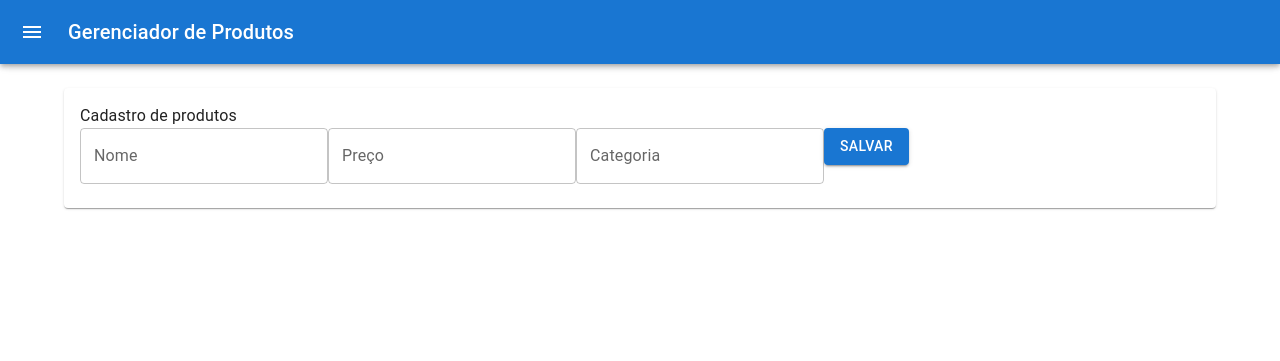
Repository: KennedyWanderson/crud-web
Page: /
An editor plug-in stored every save of this project. The page is shown before and after a run of saves, followed by the edit.
The browser window is 1280 px wide. The pictures show the whole page.
The project was rebuilt for these pictures with package versions that can differ from the ones it lists, and the page was loaded fresh each time. Also part of the build but not shown: src/Components/ProductList.js, src/Components/CategoryRegister.js, src/Components/CategotyList.js.

Above is the page before, as saved 2023-11-15 16:32:24.

### src/index.js
import React from 'react';
import ReactDOM from 'react-dom/client';
import App from './App';
import reportWebVitals from './reportWebVitals';
import 'tailwindcss/tailwind.css';

const root = ReactDOM.createRoot(document.getElementById('root'));
root.render(
  <React.StrictMode>
    <App />
  </React.StrictMode>
);


reportWebVitals();

### src/App.js

import React, { useState } from 'react';
import Menu from "./Components/Menu";

function App() {




  return (
    <div>
      <Menu />
    </div>
  );
}

export default App;

### src/Components/Menu.js
import * as React from 'react';
import { styled, useTheme } from '@mui/material/styles';
import Box from '@mui/material/Box';
import Drawer from '@mui/material/Drawer';
import CssBaseline from '@mui/material/CssBaseline';
import MuiAppBar from '@mui/material/AppBar';
import Toolbar from '@mui/material/Toolbar';
import List from '@mui/material/List';
import Typography from '@mui/material/Typography';
import Divider from '@mui/material/Divider';
import IconButton from '@mui/material/IconButton';
import MenuIcon from '@mui/icons-material/Menu';
import ChevronLeftIcon from '@mui/icons-material/ChevronLeft';
import ChevronRightIcon from '@mui/icons-material/ChevronRight';
import ListItem from '@mui/material/ListItem';
import ListItemButton from '@mui/material/ListItemButton';
import ListItemIcon from '@mui/material/ListItemIcon';
import ListItemText from '@mui/material/ListItemText';
import InboxIcon from '@mui/icons-material/MoveToInbox';
// eslint-disable-next-line
import MailIcon from '@mui/icons-material/Mail';
import ProductRegister from "./ProductRegister"
import ProductList from "./ProductList"
import CategoryRegister from "./CategoryRegister"
import CategotyList from "./CategotyList"
import { Container } from "@mui/material";
import { useState } from 'react';


const drawerWidth = 240;

const Main = styled('main', { shouldForwardProp: (prop) => prop !== 'open' })(
    ({ theme, open }) => ({
        flexGrow: 1,
        padding: theme.spacing(3),
        transition: theme.transitions.create('margin', {
            easing: theme.transitions.easing.sharp,
            duration: theme.transitions.duration.leavingScreen,
        }),
        marginLeft: `-${drawerWidth}px`,
        ...(open && {
            transition: theme.transitions.create('margin', {
                easing: theme.transitions.easing.easeOut,
                duration: theme.transitions.duration.enteringScreen,
            }),
            marginLeft: 0,
        }),
    }),
);

const AppBar = styled(MuiAppBar, {
    shouldForwardProp: (prop) => prop !== 'open',
})(({ theme, open }) => ({
    transition: theme.transitions.create(['margin', 'width'], {
        easing: theme.transitions.easing.sharp,
        duration: theme.transitions.duration.leavingScreen,
    }),
    ...(open && {
        width: `calc(100% - ${drawerWidth}px)`,
        marginLeft: `${drawerWidth}px`,
        transition: theme.transitions.create(['margin', 'width'], {
            easing: theme.transitions.easing.easeOut,
            duration: theme.transitions.duration.enteringScreen,
        }),
    }),
}));

const DrawerHeader = styled('div')(({ theme }) => ({
    display: 'flex',
    alignItems: 'center',
    padding: theme.spacing(0, 1),
    // necessary for content to be below app bar
    ...theme.mixins.toolbar,
    justifyContent: 'flex-end',
}));

export default function Menu() {
    const theme = useTheme();
    const [open, setOpen] = React.useState(false);
    const [visible, setVisible] = useState(1)

    const handleDrawerOpen = () => {
        setOpen(true);
    };

    const handleDrawerClose = () => {
        setOpen(false);
    };

    function selectComponent() {
        if (visible === 1) {
            return <ProductRegister text={"Cadastro de produtos"} />
        } else if (visible === 2) {
            return <ProductList text={"Listagem de produtos"} />
        } else if (visible === 3) {
            return <CategoryRegister text={"Cadastro de categoria"} />
        } else {
            return <CategotyList text={"Listagem de categoria"} />
        }
    }

    return (
        <Box sx={{ display: 'flex' }}>
            <CssBaseline />
            <AppBar position="fixed" open={open}>
                <Toolbar>
                    <IconButton
                        color="inherit"
                        aria-label="open drawer"
                        onClick={handleDrawerOpen}
                        edge="start"
                        sx={{ mr: 2, ...(open && { display: 'none' }) }}
                    >
                        <MenuIcon />
                    </IconButton>
                    <Typography variant="h6" noWrap component="div">
                        Gerenciador de Produtos
                    </Typography>
                </Toolbar>
            </AppBar>
            <Drawer
                sx={{
                    width: drawerWidth,
                    flexShrink: 0,
                    '& .MuiDrawer-paper': {
                        width: drawerWidth,
                        boxSizing: 'border-box',
                    },
                }}
                variant="persistent"
                anchor="left"
                open={open}
            >
                <DrawerHeader>
                    <IconButton onClick={handleDrawerClose}>
                        {theme.direction === 'ltr' ? <ChevronLeftIcon /> : <ChevronRightIcon />}
                    </IconButton>
                </DrawerHeader>
                <Divider />
                <List>
                    <ListItem onClick={() => { setVisible(1) }} key={1} disablePadding>
                        <ListItemButton>
                            <ListItemIcon>
                                <InboxIcon />
                            </ListItemIcon>
                            <ListItemText primary={"Cadastro de Produtos"} />
                        </ListItemButton>
                    </ListItem>

                    <ListItem onClick={() => { setVisible(2) }} key={2} disablePadding>
                        <ListItemButton>
                            <ListItemIcon>
                                <InboxIcon />
                            </ListItemIcon>
                            <ListItemText primary={"Listagem de Produtos"} />
                        </ListItemButton>
                    </ListItem>

                    <ListItem onClick={() => { setVisible(3) }} key={3} disablePadding>
                        <ListItemButton>
                            <ListItemIcon>
                                <InboxIcon />
                            </ListItemIcon>
                            <ListItemText primary={"Cadastro de Categorias"} />
                        </ListItemButton>
                    </ListItem>

                    <ListItem onClick={() => { setVisible(4) }} key={4} disablePadding>
                        <ListItemButton>
                            <ListItemIcon>
                                <InboxIcon />
                            </ListItemIcon>
                            <ListItemText primary={"Listagem de Categorias"} />
                        </ListItemButton>
                    </ListItem>
                </List>
            </Drawer>
            <Main open={open}>
                <DrawerHeader />
                <Container>
                    {selectComponent()}
                </Container>
            </Main>
        </Box>
    );
}

### src/Components/ProductRegister.js
import { Card, CardContent, Button, TextField } from "@mui/material";
import React from "react";

function ProductRegister(props) {
    return (
        <Card>
            <CardContent>
                <div>{props.text}</div>
                <div className={`flex flex-col mt-10`}>
                    <div>

                    </div>
                    <div>

                    </div>
                    <div>

                    </div>
                    <div>

                    </div>
                        <TextField className={`w-7/12 mb-10`} id="outlined-basic" label="Nome" variant="outlined" />
                        <TextField className={`w-7/12`} id="outlined-basic" label="Preço" variant="outlined" />
                        <TextField className={`w-7/12`} id="outlined-basic" label="Categoria" variant="outlined" />
                        <Button className={`w-20`} variant="contained">Salvar</Button>
                </div>
            </CardContent>

        </Card>
    )
}

export default ProductRegister

Loaded but not shown: public/index.html (common file); src/reportWebVitals.js (common file)

After the next 4 saves:
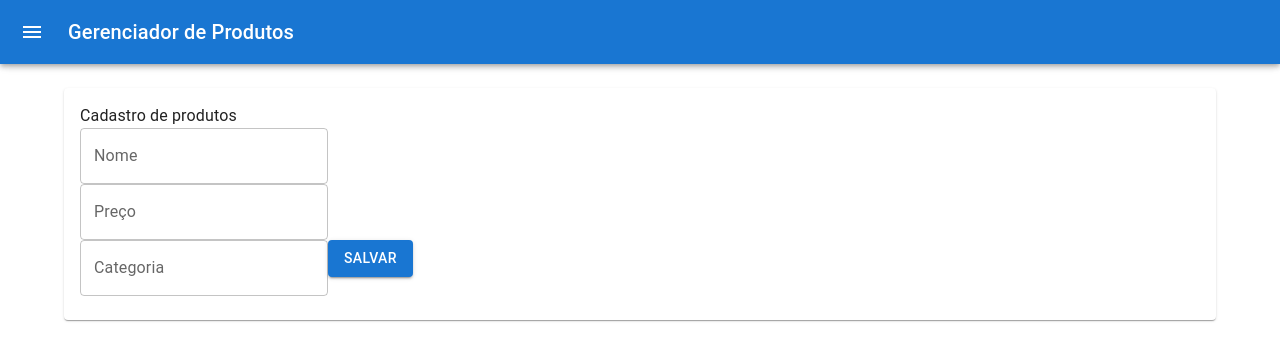
The 4 saves are shown as one change because they came seconds apart.
The last was saved 12 s later.
--- a/src/Components/ProductRegister.js
+++ b/src/Components/ProductRegister.js
@@ -8,6 +8,11 @@ function ProductRegister(props) {
                 <div>{props.text}</div>
                 <div className={`flex flex-col mt-10`}>
                     <div>
+                    <TextField className={`w-7/12 mb-10`} id="outlined-basic" label="Nome" variant="outlined" />
+
+                    </div>
+                    <div>
+                    <TextField className={`w-7/12`} id="outlined-basic" label="Preço" variant="outlined" />
 
                     </div>
                     <div>
@@ -16,11 +21,6 @@ function ProductRegister(props) {
                     <div>
 
                     </div>
-                    <div>
-
-                    </div>
-                        <TextField className={`w-7/12 mb-10`} id="outlined-basic" label="Nome" variant="outlined" />
-                        <TextField className={`w-7/12`} id="outlined-basic" label="Preço" variant="outlined" />
                         <TextField className={`w-7/12`} id="outlined-basic" label="Categoria" variant="outlined" />
                         <Button className={`w-20`} variant="contained">Salvar</Button>
                 </div>
